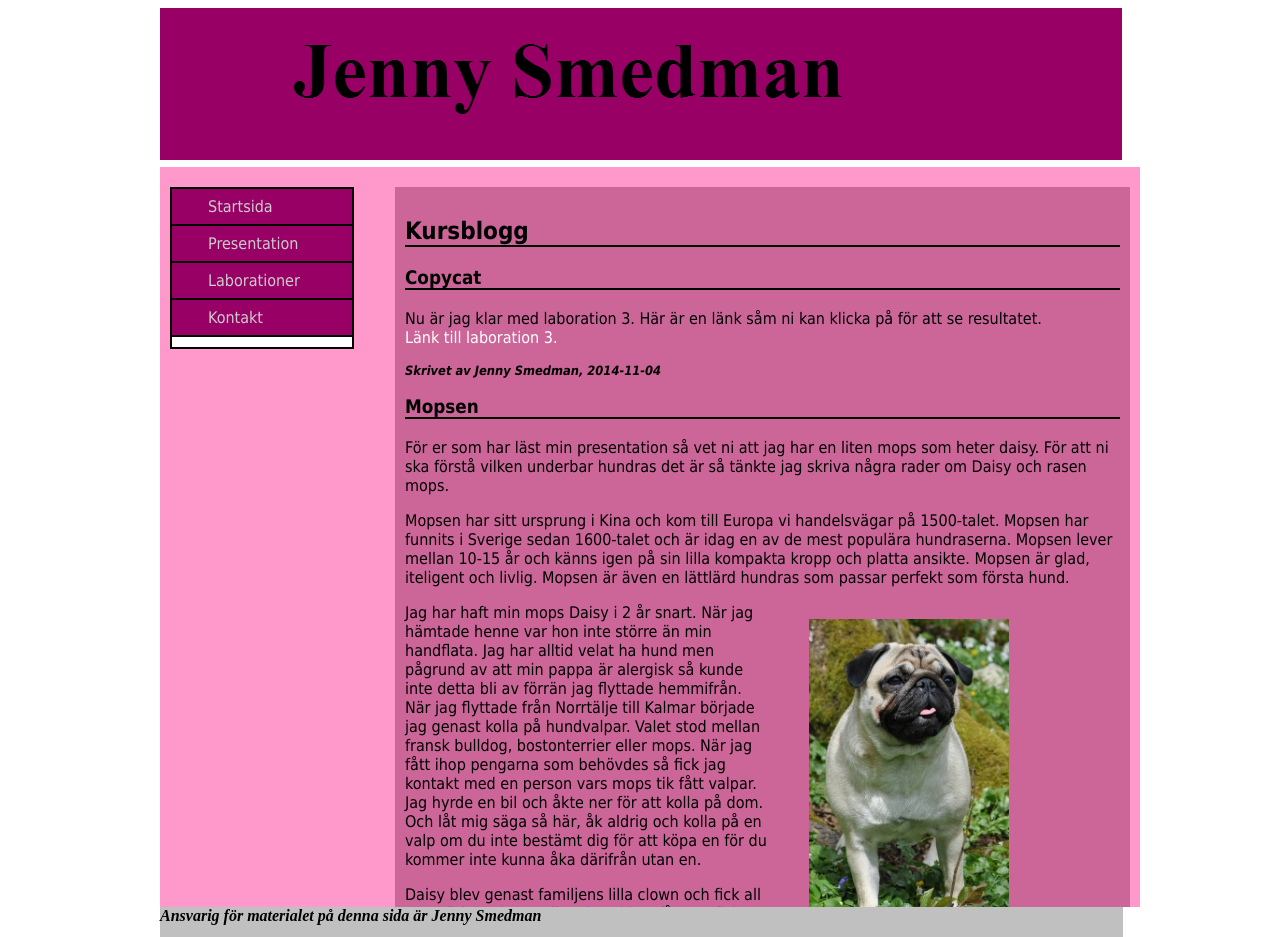
Repository: js223mx/1ik415-js223mx-laborationer
Page: pages/lab5index.html
The author's editor kept a record of every edit. The page is drawn from the files as they stood at one moment, then again after the next edit.
The browser window is 1280 px wide. The pictures show the whole page.
An inner scrolling area shows only its first screen.

Above is the page before.

### pages/lab5index.html
<!docktype html>
<html lang="sv">

    <head>

            <meta charset="utf-8" />
            <meta name="viewport" content="width=device-width, initial-scale=1" />
            <title>Jenny Smedmans webbsida</title>

            <link rel="stylesheet" media="screen and (max-width: 480px)" href="../css/sp.css" />
            <link rel="stylesheet" media="screen and (min-width: 481px)" href="../css/lab5.css" />


  </head>
    <body>


    <div id="container">
    <header id="header">
            <div class="loggodiv"></div>
            </header>

    <main>
            <nav id="navside">
            <a href="../index.html" class="active">Startsida</a>
            <a href="presentation.html">Presentation</a>
            <a href="laborationer.html">Laborationer</a>
            <a href="kontakt.html">Kontakt</a>
            </nav>

            <section>

            <h2>Kursblogg</h2>

            <article>
                <h3 id="blogg">Copycat</h3>
                <p>Nu är jag klar med laboration 3. Här är en länk såm ni kan klicka på för att se resultatet.<br>
                    <a href="https://preview.c9.io/js223mx/uppgift-3-3/index.html?_c9_id=livepreview1&_c9_host=https://ide.c9.io">Länk till laboration 3.</a>
                </p>
                <p id="signed">Skrivet av Jenny Smedman, 2014-11-04</p>
            </article>

            <article>
                    <h3 id="blogg">Mopsen</h3>
                    <p>För er som har läst min presentation så vet ni att jag har en liten mops som heter daisy.
                        För att ni ska förstå vilken underbar hundras det är så tänkte jag skriva några rader om Daisy och rasen mops.
                    </p>
                    <p>Mopsen har sitt ursprung i Kina och kom till Europa vi handelsvägar på 1500-talet. Mopsen har funnits i Sverige sedan
                        1600-talet och är idag en av de mest populära hundraserna. Mopsen lever mellan 10-15 år och känns igen på sin lilla
                        kompakta kropp och platta ansikte. Mopsen är glad, iteligent och livlig. Mopsen är även en lättlärd hundras som passar
                        perfekt som första hund.
                    </p>
                    <figure class="right top">
                        <img src="../pics/daisy.jpg" alt="Detta är daisy." height="300" width="200" />
                        <figcaption>Detta är en bild på Daisy våren 2014.</figcaption>
                    </figure>

                    <p>Jag har haft min mops Daisy i 2 år snart. När jag hämtade henne var hon inte större än min handflata. Jag har alltid velat ha hund
                        men pågrund av att min pappa är alergisk så kunde inte detta bli av förrän jag flyttade hemmifrån. När jag flyttade från Norrtälje till
                        Kalmar började jag genast kolla på hundvalpar. Valet stod mellan fransk bulldog, bostonterrier eller mops. När jag fått ihop pengarna som
                        behövdes så fick jag kontakt med en person vars mops tik fått valpar. Jag hyrde en bil och åkte ner för att kolla på dom. Och låt mig säga
                        så här, åk aldrig och kolla på en valp om du inte bestämt dig för att köpa en för du kommer inte kunna åka därifrån utan en.
                    </p>
                    <p>Daisy blev genast familjens lilla clown och fick all uppmärksamhet en liten hund kan få. Hon fick dessutom mig att orka gå igenom
                        svåra tider och beslut. Hon är min bästa vän och vad som än händer så kan jag alltid lita på att hon blir lika glad när hon ser mig.
                    </p>
                    <p id="signed">Skrivet av Jenny Smedman, 2014-10-09</p>
            </article>
            <article>
                <h3 id="video">Videotaggen</h3>

                    <video controls width="320" height="240" preload="none" id="videon">
                        <source src="http://mirrorblender.top-ix.org/peach/bigbuckbunny_movies/big_buck_bunny_480p_stereo.ogg" type="video/ogg" />
                        <source src="http://download.blender.org/peach/bigbuckbunny_movies/big_buck_bunny_480p_surround-fix.avi" type="video/mpeg" />
                        <p>Din webbläsare stödjer inte video</p>
                    </video>

                    <p>Video med tillstånd av
                        <a href="http://www.bigbuckbunny.org/" target="_blank">Big Buck Bunny</a>
                    </p>
                   <p id="signed">Skrivet av Jenny Smedman, 2014-10-02</p>
            </article>

            <article>
                <h3 id="blogg">En ankarlänk</h3>

                    <p>Här kommer en länk till min bild som ligger på presentationssidan.</p><br>
                    <a href="presentation.html#jag">Länk till min bild</a>
                    <p id="signed">Skrivet av Jenny Smedman, 2014-10-01</p>
            </article>

            <article>
                <h3 id="blogg">En svg-bild</h3>

                    <p>Nu har jag skapat en svg-bild (Scalable Vector Graphics).</p>
                    <img id="svgbild" src="../pics/svgbild.svg" alt="Lite former" />
                <p id="signed">Skrivet av Jenny Smedaman, 2014-09-30</p>
            </article>

            <article>
                <h3 id="blogg">Ett första inlägg</h3>

                    <p>Hej alla! Detta är mitt första blogginlägg på min nya webbsida. Här kommer jag skriva lite om
                    de laborationer jag gör och hur det går för mig som nybliven student vid webbprogrammerarprogrammet.
                    </p>
                <p id="signed">Skrivet av Jenny, 2014-09-22</p>
            </article>

            <section id=aside>
                <aside>
                    <h2>Aside</h2>
                    <p>Nå mig på facebook</p>
                </aside>
            </section>
             </section>
        </main>

        <footer id="ccfooter">Ansvarig för materialet på denna sida är Jenny Smedman</footer>
        </div>
    </body>

</html>

### css/lab5.css

html{
 height:100%;
}

body{
    background-color: #FFFFFF;
    min-height: 100% !important;
    height: 100;
}
#container{
    margin: 0 auto;
    width: 960px;
}
#header{
   height: 132px;
   width:942px;
   padding: 10px;


   margin-bottom: 7px;
   background-color: #990066;

}
.loggodiv{
   background-color: #990066;
    width: 940px;
    margin-bottom: 10px; background: url("min-logga.png") no-repeat;
    height: 120px;
    margin-left: auto;
    margin-right: auto;
}
main{
    width: 960px;
    margin-left: auto;
    margin-right: auto;
    overflow: scroll;
    background-color: #FF99CC;
    height: 100%;
    font-family: "Tahoma", Geneva, sans-serif;
    padding: 10px;

}

#navside{
    width: 180px;
    float: left;
    background-color: #FFFFFF;
    height: 22%;
    margin-right: 14px;
    margin-top:10px;
    border:2px solid black;
}
#navside a{
    background: #990066;
	border-bottom: 2px solid black;
	color: #ccc;
	display: block;
	margin: 0px;
	padding: 8px 12px;
	text-decoration: none;
	text-indent: 24px;
}
#navside a:hover
{
    background: #CC6699;
	color: #fff;
}
nav .active {
    background-color: #CC6699;
	color: #333;
}
section{
 display: block;
 background-color: #CC6699;
 width: 715px;
 margin-top: 10px;
 padding:10px;
 float:right;

}
article{

}
#aside{
 display:block;
 height:120px;
 width:145px;
 background-color:#FFFFFF;
 border: 2px solid black;
 padding: 5px;
 float:left;
}
#aside{
    width:181px;
}
#ccfooter{
    background-color: #C0C0C0;
    font-style: oblique;
    font-weight: bold;
    font-size: 100%;
    height:30px;
    width:963px;
}

h1{

}
h2{
    font-size: 150%;
    border-bottom: 2px solid black;
}
h3{
    border-bottom: 2px solid #000000;
    background-color:transparent;
    border-bottom: 2px solid black;
}
#signed{
    font-style: oblique;
    font-weight: bold;
    font-size: 80%;
}

main a {
    text-decoration: none;
    color: #FFFFFF;
}
main a:hover {
    text-decoration: underline;
}
figure{
    float:right;
}

### css/sp.css
html {

}
body {
    background-color: #FFCCCC;

}
#container {
    max-width: 480px;
    width:100%;
}
#content {
    padding:5px;
    background-color: #CC6699;
    font-family: "Tahoma", Geneva, sans-serif;
}
#header {
    display:none;
}
#footer {
    background-color: #C0C0C0;
}
#footer p {
    margin:0;
    text-align:center;
    padding:5px;
}
/* body backgroundcolor: #FFCCCC
    navigation backgroundcolor: #FFFFFF
    content backgroundcolor: #CC6699
    header backgroundcolor: #990066
    footer backgroundcolor: #C0C0C0 */
#svgbild
{
    width:100%;
}
div {

    background-color: #E0E0E0;
}
ul {
    list-style-type:none;
}


.h3{
    border-bottom: 2px solid #000000;
    background-color:transparent;
}

#signed {
    font-style: oblique;
    font-weight: bold;
    font-size: 80%;
}
#videon
{
    width:100%;
    margin-bottom:0px;
}
#blogg {
    margin-bottom:0px;
}
#content a {
    text-decoration: none;
    color: #FFFFFF;
}
#content a:hover {
    text-decoration: underline;
}
/*navigation---------------------------------------------------------*/

#navigation a:hover
{
    background: #CC6699;
	color: #fff;
}
#navigation a {
    background: #990066;
	border-bottom: 2px solid #393939;
	color: #ccc;
	display: block;
	margin: 0px;
	padding: 8px 12px;
	text-decoration: none;
	text-indent: 24px;
}
#navigation .active {
    background-color: #CC6699;
	color: #333;
}
.navlist {
    margin: 0;
    padding: 0;
    text-align: left;
}
.navlist li {
    list-style-type: none;
    padding-top: 0;

    margin-bottom: 0;
    line-height: 1.5em;
    position: relative;
}

/*table---------------------------------------------------------*/
table {
    display: none;
}

/*form---------------------------------------------------------*/

#legend {
    font-weight: bold;
    margin-bottom: 12px;
}
#fieldset {

    width: 100%;
    padding-left:0px;
    padding-right:0px;
    margin-left:0px;
    margin-right:0px;
    background-color: #FFFFFF;
}
#select {
    margin-bottom: 12px;
}
#Text {
    margin-top: 12px;
    margin-bottom: 12px;
    margin-left: 9px;
}
#Textlabel {
    position: relative;
    bottom: 48px;
}
#name {
    margin-top: 17px;
}
#submit {
    margin-top: 12px;
    margin-left: 54px;
}


/*images---------------------------------------------------------*/
#daisy {
    float: right;
    padding:1px;
    border:3px solid #990066;
    background-color:#990066;
}

After the next edit:
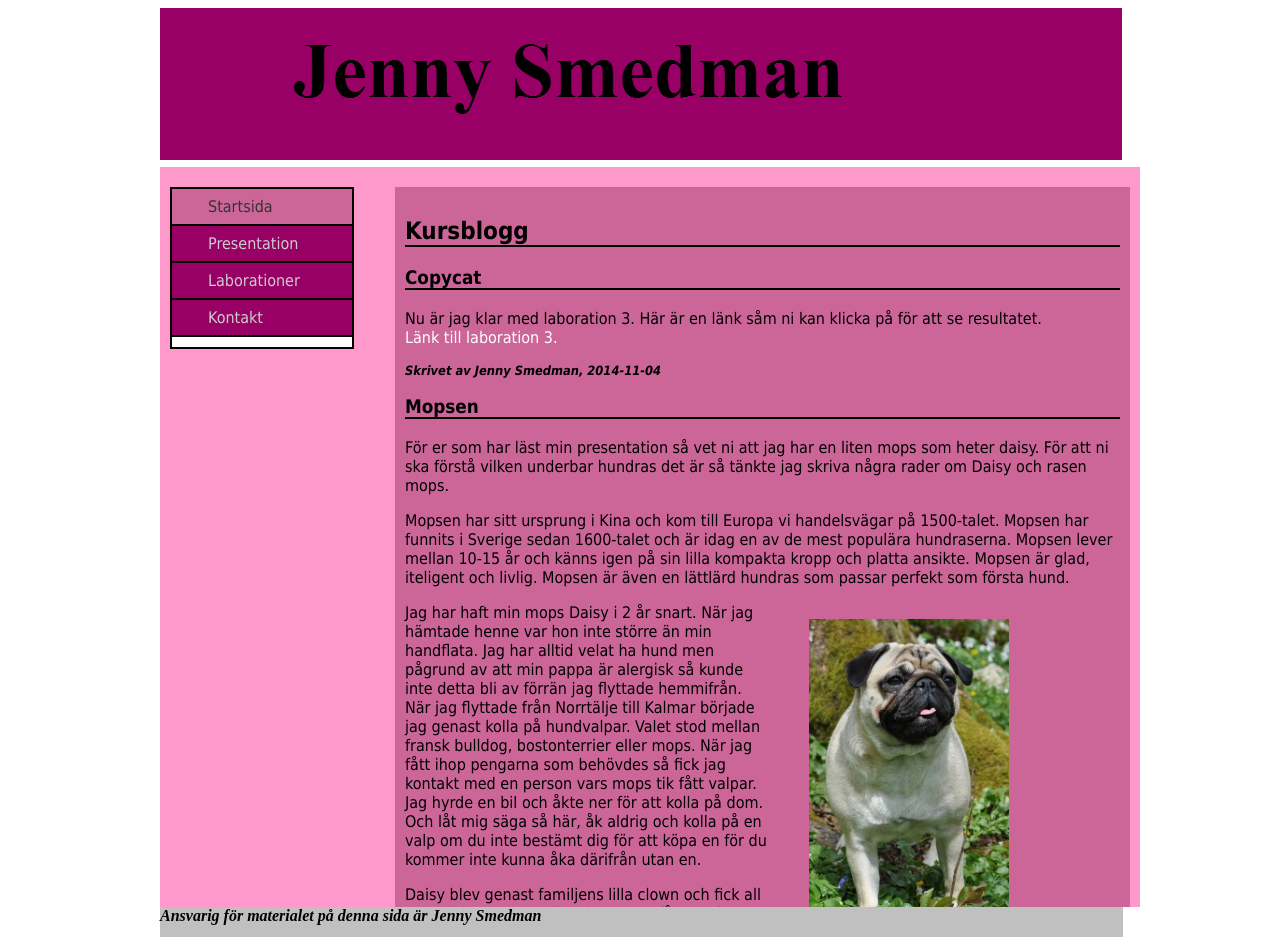
The edit:
--- a/css/lab5.css
+++ b/css/lab5.css
@@ -66,7 +66,7 @@
     background: #CC6699;
 	color: #fff;
 }
-nav .active {
+#navside .active {
     background-color: #CC6699;
 	color: #333;
 }
